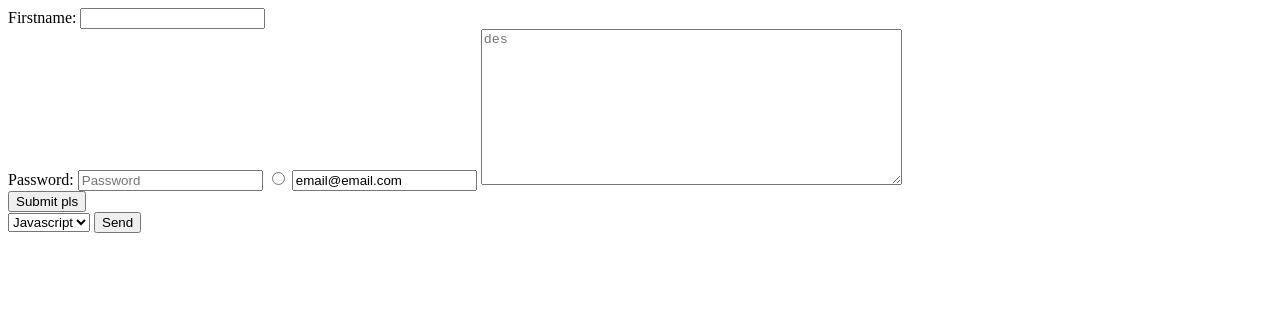
Repository: Tranghii/HTML-CSS
Page: HTML&CSS/form.html
An editor plug-in stored every save of this project. The page is shown before and after a run of saves, followed by the edit.
The browser window is 1280 px wide. The pictures show the whole page.

Above is the page before, as saved 2025-10-11 20:01:36.

After the next 2 saves:
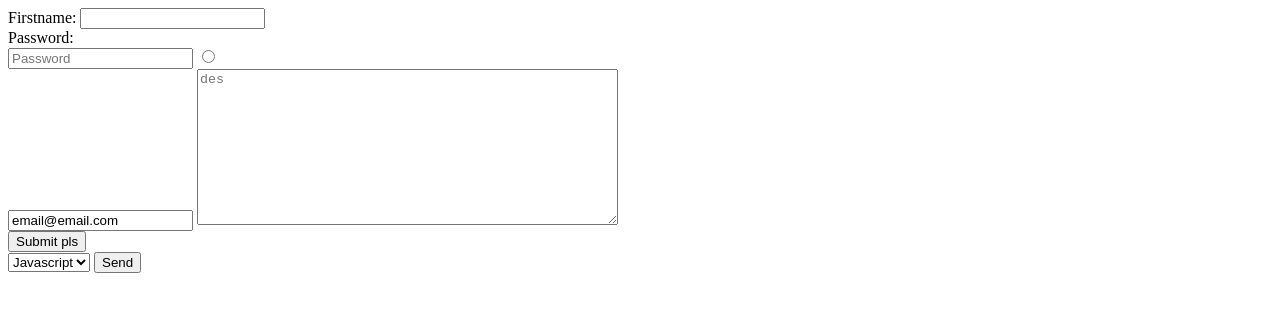
The 2 saves are shown as one change because they came seconds apart.
The last was saved 11 s later.
--- a/HTML&CSS/form.html
+++ b/HTML&CSS/form.html
@@ -11,9 +11,9 @@
         <input type="text" name="name" id="name">
         <br>
         <label for="">Password:</label>
-        <input type="Password" name="pass" id="pass" placeholder="Password">
+       <br> <input type="Password" name="pass" id="pass" placeholder="Password">
         <input type="radio" name="gender" id="gender" placeholder="gender">
-
+<br>
         <input type="email" name="email" id="email" value="email@email.com" placeholder="email">
         <textarea name="des" id="des" placeholder="des" cols="50" rows="10"></textarea>
     <br><input type="submit" value="Submit pls" ><br>
